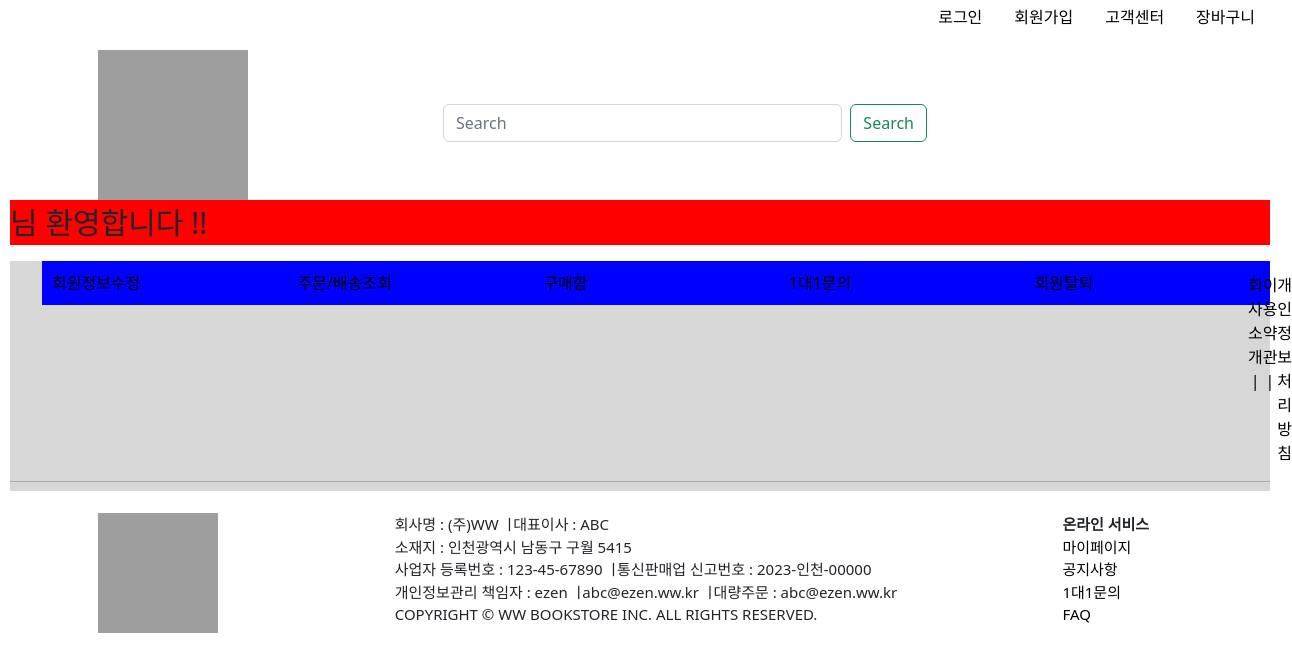
Repository: leehyeonung/project4
Page: http://localhost/book/WEB-INF/views/member/mypage.jsp
The author's editor kept a copy of each file at every save. The page is drawn from the files as they stood at one save, then again after the next save.
The browser window is 1280 px wide. The page is 1292 px wide, then 1280 px, then 1292 px, so the pictures cover 1292 px, including what lies to the right of the window. The pictures show the whole page.
Pictures or frames that could not be fetched are drawn as grey boxes. The page is served by Tomcat 9. Nobody is signed in. The template is opened directly, without the code that normally fills it, so the values that code supplies are empty.

Above is the page before, as saved 2023-01-06 03:02:14.

After the next save:
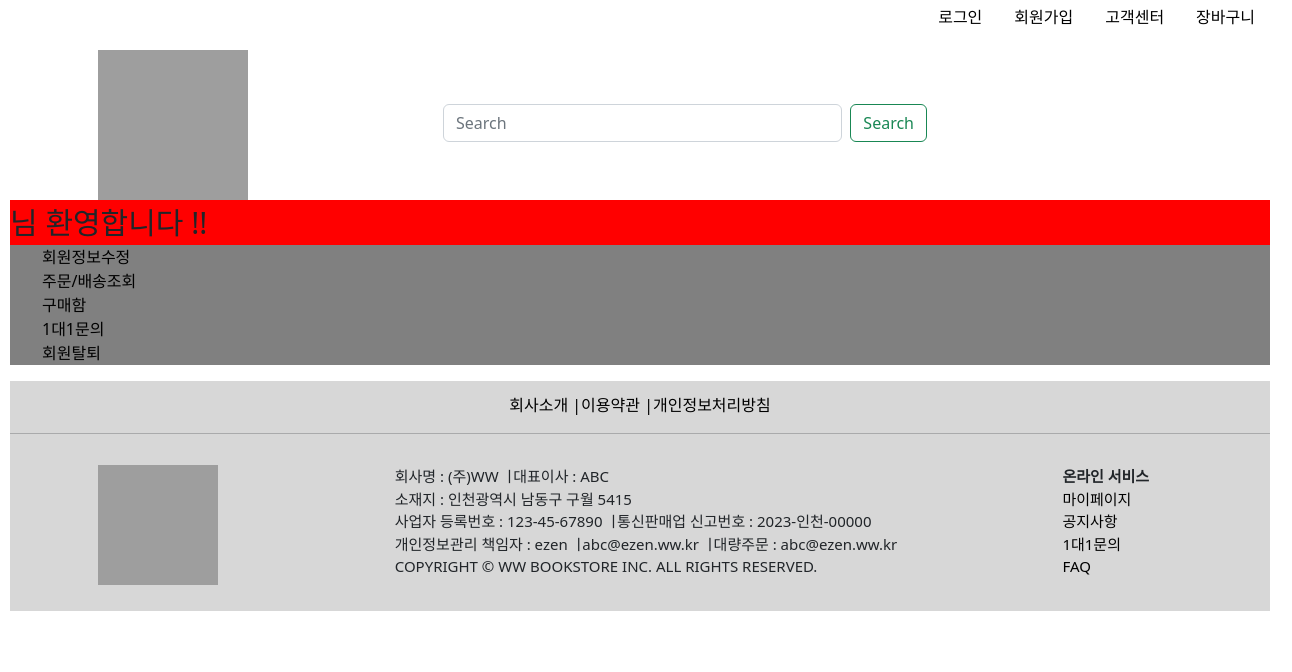
Saved 23 s later.
--- a/book/src/main/webapp/resources/css/mypage.css
+++ b/book/src/main/webapp/resources/css/mypage.css
@@ -17,10 +17,3 @@
 .information{
 	background-color : red;
 }
-.category{
-    display: inline-block;
-	float : left;
-	width : 20%;
-    background-color: blue;
-    padding: 10px;
-}

After the save that followed:
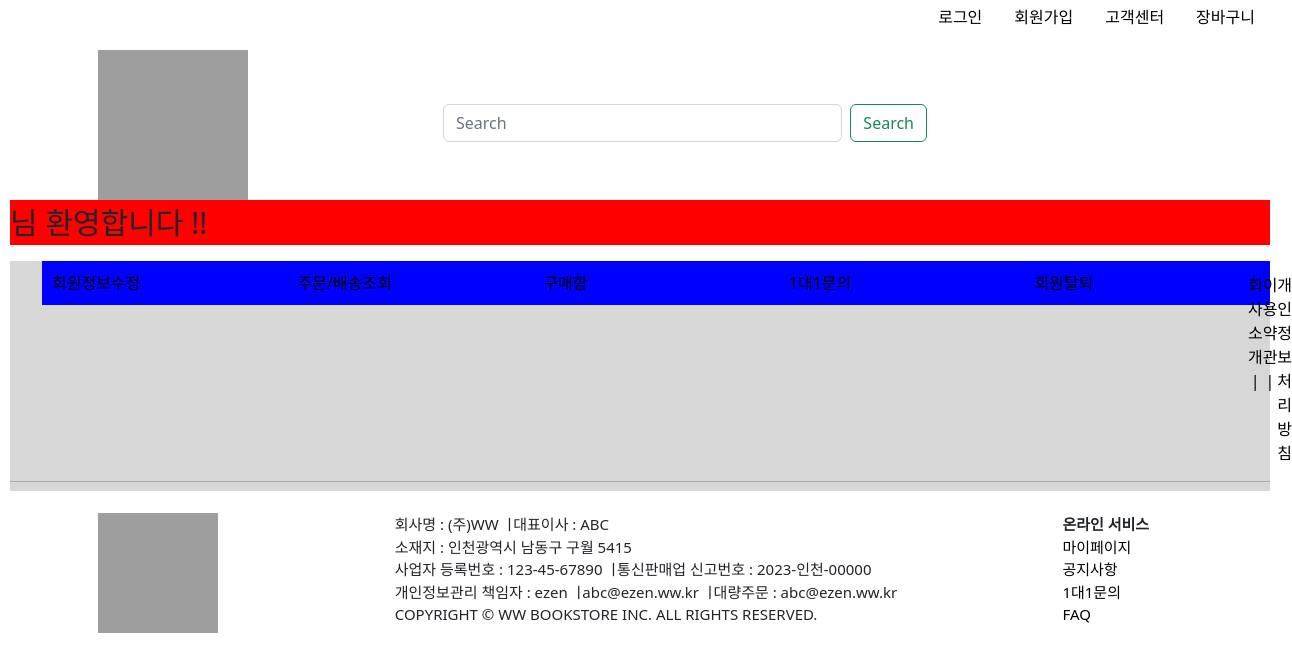
Saved 61 s later.
--- a/book/src/main/webapp/resources/css/mypage.css
+++ b/book/src/main/webapp/resources/css/mypage.css
@@ -17,3 +17,10 @@
 .information{
 	background-color : red;
 }
+.category{
+    display: inline-block;
+	float : left;
+	width : 20%;
+    background-color: blue;
+    padding: 10px;
+}
